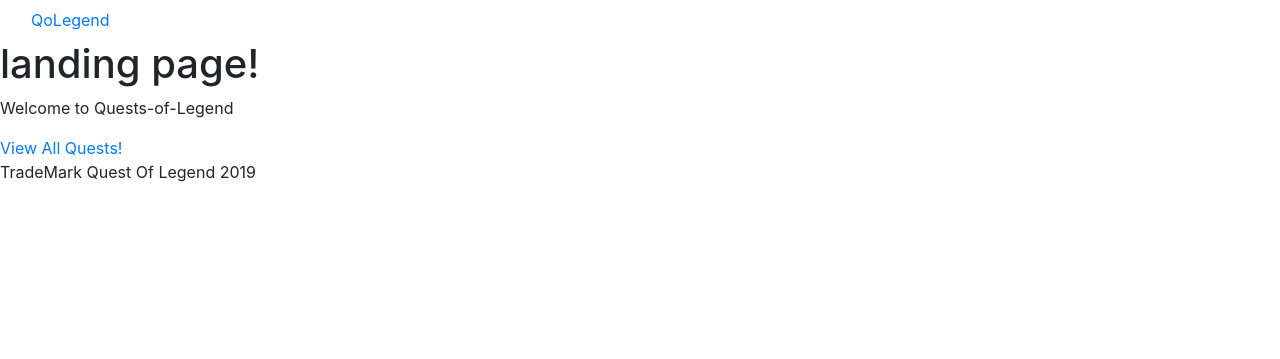
Repository: Hoangvo92/aws-program
Page: http://localhost/
The author's editor kept a record of every edit. The page is drawn from the files as they stood at one moment, then again after the next edit.
The browser window is 1280 px wide. The pictures show the whole page.
The page is served by the project's Node server (quests-of-legend/app.js).

Above is the page before.

### quests-of-legend/views/landing.ejs
<%include partials/header %>

<h1>landing page!</h1>

<p>Welcome to Quests-of-Legend</p>

<a href="/quests">View All Quests!</a>

<% include partials/footer %>

### quests-of-legend/views/partials/header.ejs
<!DOCTYPE html>
<html>
    <head>
        <title>Quests Of Legend</title>
        <link rel="stylesheet" href="https://stackpath.bootstrapcdn.com/bootstrap/4.3.1/css/bootstrap.min.css">
    </head>
    <body>
<nav class="navbar navbar-default">
    <div class="container-fluid">
        <div class="navbar-header">
            <a class="nabar-brand" href="/">QoLegend</a>
        </div>
        <div class="collapse navbar-collapse">
            <ul class ="nav navbar-nav navbar-right">
                <li><a href="/">Login</a></li>
                <li><a href="/">Sign Up</a></li>
                <li><a href="/">logout</a></li>
            </ul>
        </div>
    </div>
</nav>

### quests-of-legend/views/partials/footer.ejs
    <p>TradeMark Quest Of Legend 2019</p>
    </body>
</html>

### quests-of-legend/app.js
var express = require("express");
var app = express();
var bodyParser = require("body-parser");

app.use(bodyParser.urlencoded({extended: true}));
app.set("view engine", "ejs");

var stories =  [
         {name: "Seal Of Star", image: "https://vignette.wikia.nocookie.net/saintseiya/images/4/49/Zeus_with_Kamui.jpg/revision/latest?cb=20121209212744"},
         {name: "Return of Chicken", image: "https://comicvine1.cbsistatic.com/uploads/original/11133/111330079/6530318-saigafurinji1.png"},
         {name: "Betrayal and Broken Heart", image: "https://www.anime-planet.com/images/manga/covers/masca-2560.jpg?t=1495142357"}
];

app.get("/", function(red, res){
   res.render("landing");
});
//show all quests- first restful route
app.get("/quests", function(req, res){


    res.render("quests", {quests: stories});
});

app.post("/quests", function(req, res){
    //get data from form and add to quests array
    var name = req.body.name;
    var image = req.body.image;
    var newQuest = {name: name, image: image};
    stories.push(newQuest);
    //redirect back to quests page
    res.redirect("/quests");
});

app.get("/quests/new", function(req, res){
    res.render("new.ejs");
});

app.listen(process.env.PORT, process.env.IP, function(){
    console.log("Stories server has started!");
});

After the next edit:
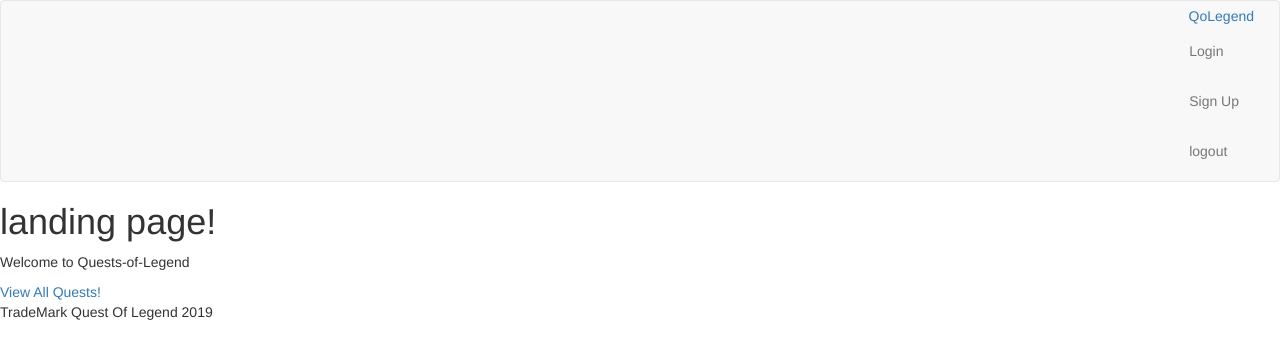
The edit:
--- a/quests-of-legend/views/partials/header.ejs
+++ b/quests-of-legend/views/partials/header.ejs
@@ -3,6 +3,9 @@
     <head>
         <title>Quests Of Legend</title>
         <link rel="stylesheet" href="https://stackpath.bootstrapcdn.com/bootstrap/4.3.1/css/bootstrap.min.css">
+         <link rel="stylesheet" href="http://maxcdn.bootstrapcdn.com/bootstrap/3.3.6/css/bootstrap.min.css">
+        <script src="https://ajax.googleapis.com/ajax/libs/jquery/1.12.0/jquery.min.js"></script>
+  <script src="http://maxcdn.bootstrapcdn.com/bootstrap/3.3.6/js/bootstrap.min.js"></script>
     </head>
     <body>
 <nav class="navbar navbar-default">

After the 2 edits that followed:
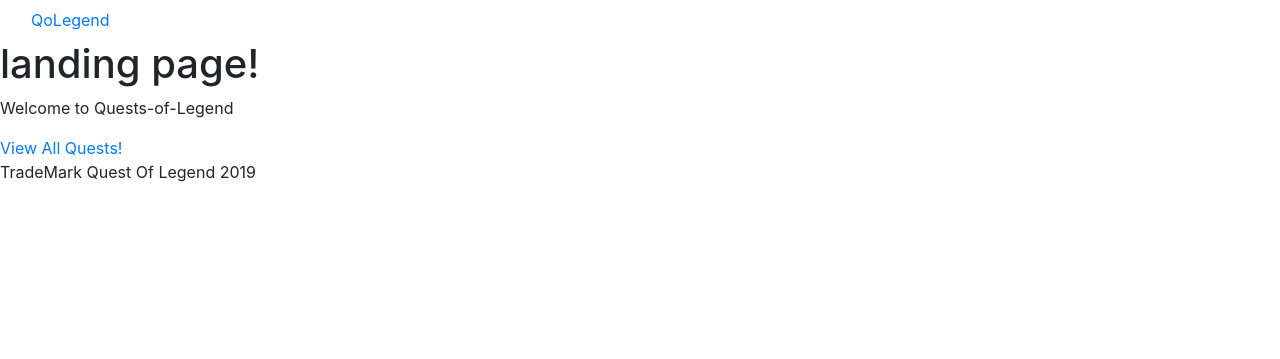
The 2 edits are shown as one change because 1 left the picture as it was.
The edit:
--- a/quests-of-legend/views/partials/header.ejs
+++ b/quests-of-legend/views/partials/header.ejs
@@ -3,9 +3,9 @@
     <head>
         <title>Quests Of Legend</title>
         <link rel="stylesheet" href="https://stackpath.bootstrapcdn.com/bootstrap/4.3.1/css/bootstrap.min.css">
-         <link rel="stylesheet" href="http://maxcdn.bootstrapcdn.com/bootstrap/3.3.6/css/bootstrap.min.css">
         <script src="https://ajax.googleapis.com/ajax/libs/jquery/1.12.0/jquery.min.js"></script>
-  <script src="http://maxcdn.bootstrapcdn.com/bootstrap/3.3.6/js/bootstrap.min.js"></script>
+        <script src="https://stackpath.bootstrapcdn.com/bootstrap/4.3.1/js/bootstrap.min.js" integrity="sha384-JjSmVgyd0p3pXB1rRibZUAYoIIy6OrQ6VrjIEaFf/nJGzIxFDsf4x0xIM+B07jRM" crossorigin="anonymous"></script>
+        <script src="https://stackpath.bootstrapcdn.com/bootstrap/4.3.1/js/bootstrap.bundle.min.js" integrity="sha384-xrRywqdh3PHs8keKZN+8zzc5TX0GRTLCcmivcbNJWm2rs5C8PRhcEn3czEjhAO9o" crossorigin="anonymous"></script>
     </head>
     <body>
 <nav class="navbar navbar-default">
